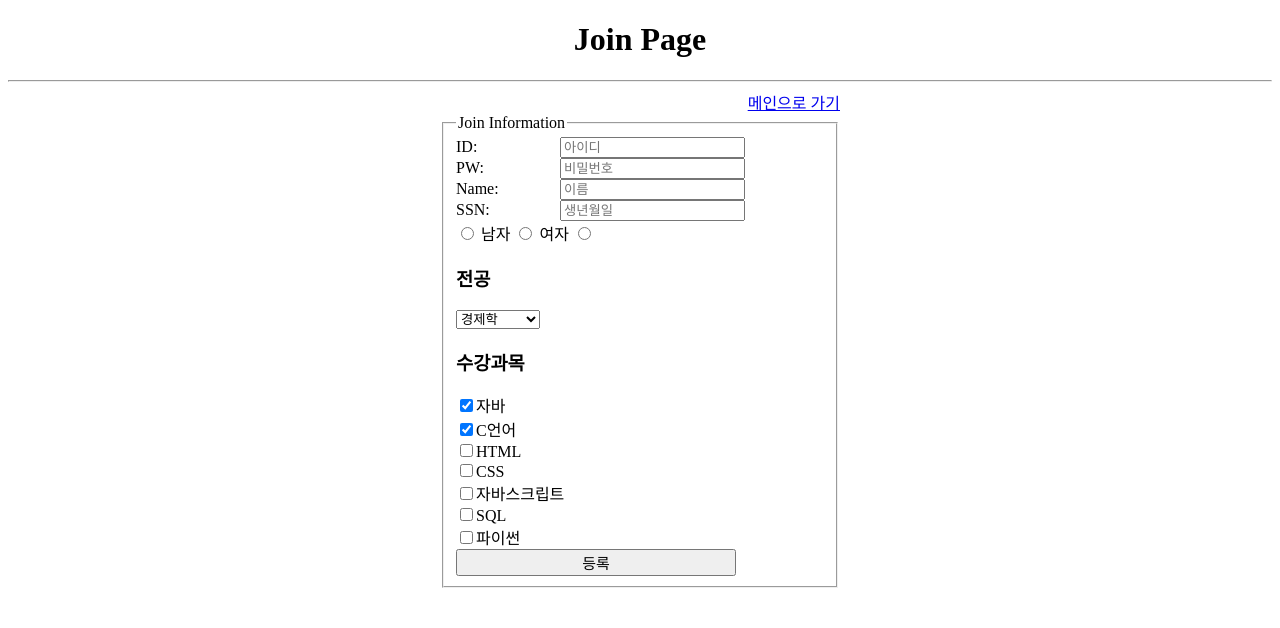
Repository: ByeonYJ/CSSTest
Page: GMSUI/WebContent/member/join.html
An editor plug-in stored every save of this project. The page is shown before and after the next save, followed by the edit.
The browser window is 1280 px wide. The pictures show the whole page.

Above is the page before, as saved 2017-07-20 03:25:05.

After the next save:
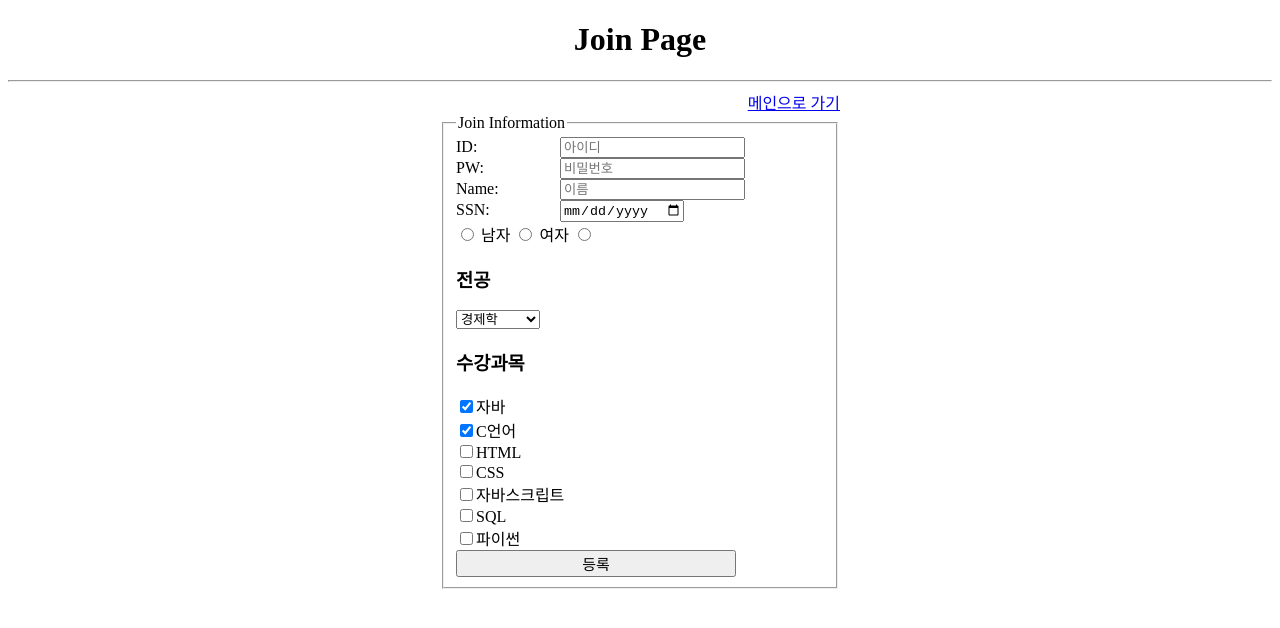
Saved 2 min 27 s later.
--- a/GMSUI/WebContent/member/join.html
+++ b/GMSUI/WebContent/member/join.html
@@ -36,7 +36,7 @@
 			<span style="width: 100px; display: inline-block;">Name: </span>
 			<input name="name" type="text" placeholder="이름"/><br />
 			<span style="width: 100px; display: inline-block;">SSN: </span>
-			<input name="birthday" type="text" placeholder="생년월일"/><br />
+			<input name="birthday" type="date" placeholder="생년월일"/><br />
 			<input type="radio" name="gender" value="male"/> 남자
 			<input type="radio" name="gender" value="female"/> 여자
 			<input type="radio" name="gender" value="female"/>
